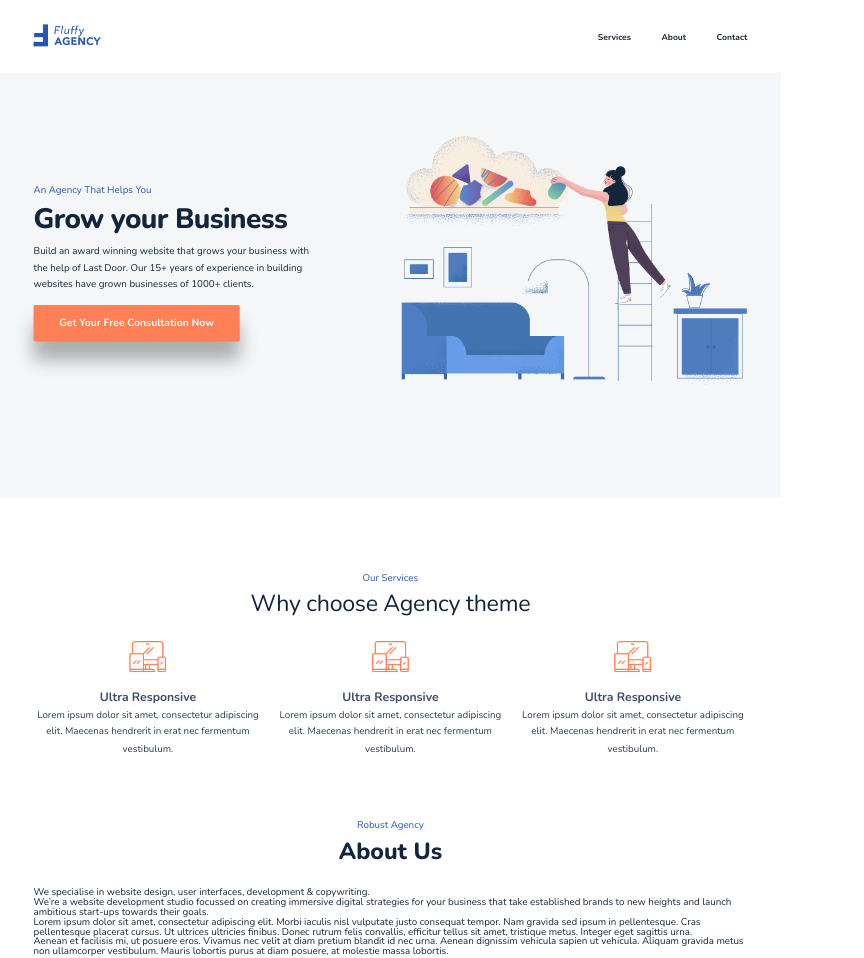
Repository: pixendrit/beetroot-fe-g1
Page: classwork/11 - Creating forms/fluffy-agency/index.html
These files come from the project's save history. The page is drawn as it stood at one moment and after the next save; the edit follows.
The browser window is 1280 px wide. The page is 1280 px wide, then 1416 px, so the pictures cover 1416 px, including what lies to the right of the window. The pictures show the whole page, at 61% of full size.

Above is the page before, as saved 2021-02-06 12:30:31.

After the next save:
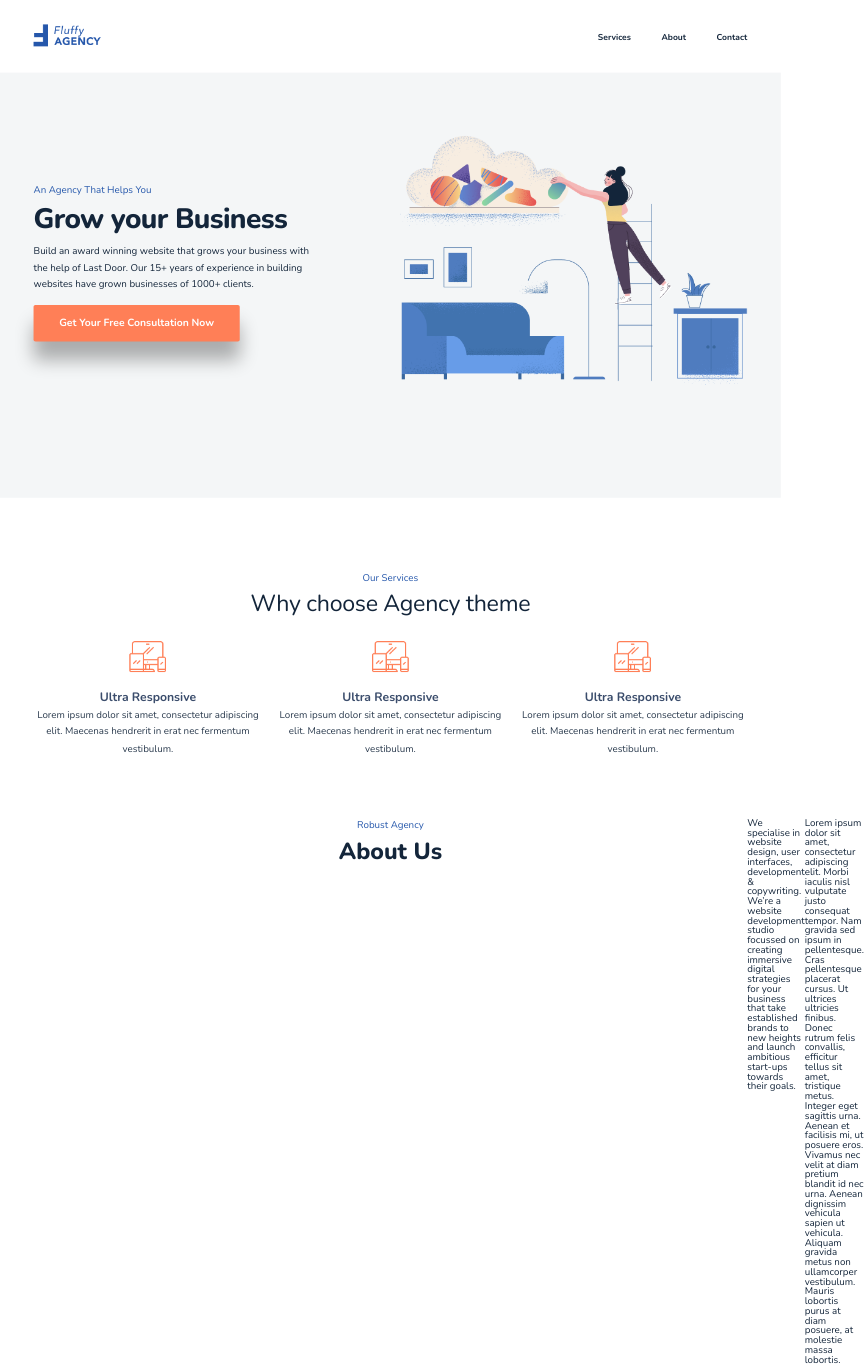
Saved 17 s later.
--- a/classwork/11 - Creating forms/fluffy-agency/styles/style.css
+++ b/classwork/11 - Creating forms/fluffy-agency/styles/style.css
@@ -218,4 +218,9 @@
 width: 100%;
 color: #13253A;
 }
+.aboutus__text .flex-container {
+  display: flex;
+  justify-content: space-between;
+  align-items: flex-start;
+}
 /* END ABOUT US */
